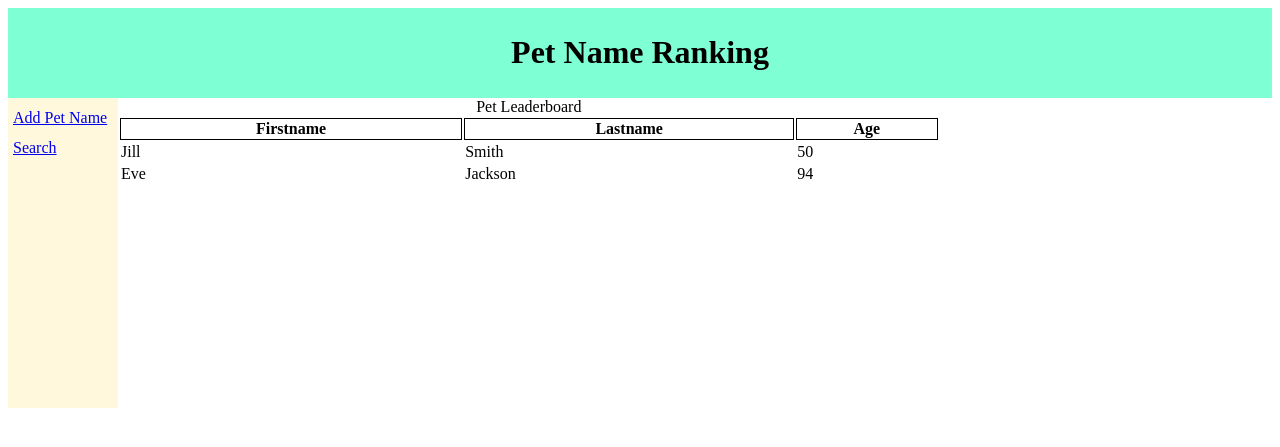
Repository: mutterbucket/TriplettTermProject4830
Page: workspaceCSCI4830-tech-excercise-Triplett/techExcerciseTriplett/WebContent/leaderboard.html
An editor plug-in stored every save of this project. The page is shown before and after the next save, followed by the edit.
The browser window is 1280 px wide. The pictures show the whole page.

Above is the page before, as saved 2020-02-21 23:12:45.

### workspaceCSCI4830-tech-excercise-Triplett/techExcerciseTriplett/WebContent/leaderboard.html
<!DOCTYPE html>
<html>
<head>
<meta charset="ISO-8859-1">
<style type="text/css">
header {
    background-color:aquamarine;
    color: black;
    text-align: center;
    padding: 5px;
}
nav {
    line-height:30px;
    background-color:cornsilk;
    height:300px;
    width:100px;
    float:left;
    padding:5px;
}
section {
    width:350px;
    float:left;
    padding:10px;
}
footer {
    background-color:19FFBD;
    color:black;
    clear:both;
    text-align:center;
    padding:5px;
}
th {
  border: 1px solid black;
}
table#t01 tr:nth-child(even) {
  background-color: #grey;
}
table#t01 tr:nth-child(odd) {
  background-color: #silver;
}
table#t01 th {
  color: white;
  background-color: black;
}
</style>
</head>
<body>
<header>
<h1>Pet Name Ranking</h1>
</header>

<nav>
<a href="/techExcerciseTriplett/add_name.html">Add Pet Name</a> <br>
<a href="/techExcerciseTriplett/home_search.html">Search</a> <br>
</nav>

<table style="width:65%">
  <caption>Pet Leaderboard</caption>
  <tr>
    <th>Firstname</th>
    <th>Lastname</th>
    <th>Age</th>
  </tr>
  <tr>
    <td>Jill</td>
    <td>Smith</td>
    <td>50</td>
  </tr>
  <tr>
    <td>Eve</td>
    <td>Jackson</td>
    <td>94</td>
  </tr>
</table>

</body>
</html>

After the next save:
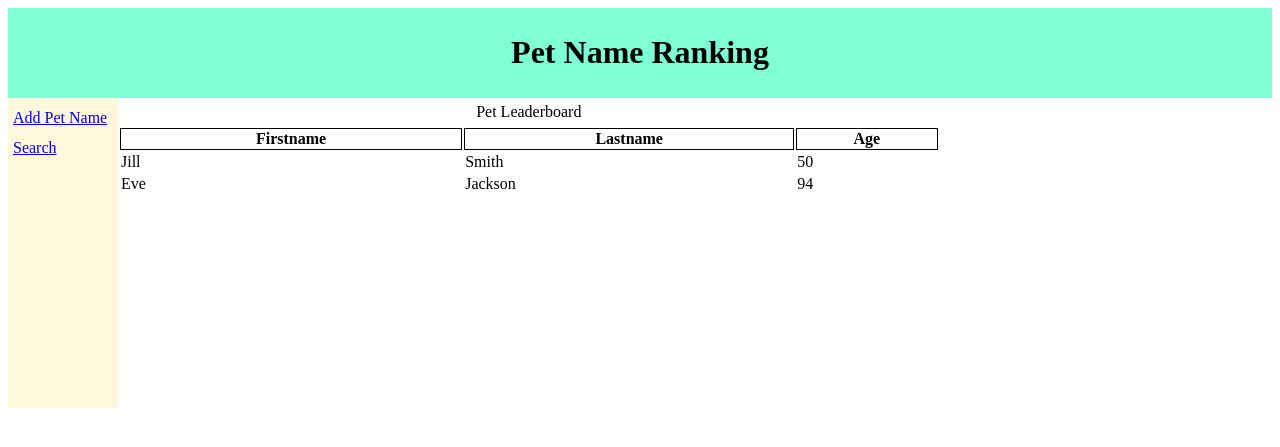
Saved 82 s later.
--- a/workspaceCSCI4830-tech-excercise-Triplett/techExcerciseTriplett/WebContent/leaderboard.html
+++ b/workspaceCSCI4830-tech-excercise-Triplett/techExcerciseTriplett/WebContent/leaderboard.html
@@ -31,6 +31,9 @@ footer {
 }
 th {
   border: 1px solid black;
+}
+caption {
+  padding: 5px;
 }
 table#t01 tr:nth-child(even) {
   background-color: #grey;
